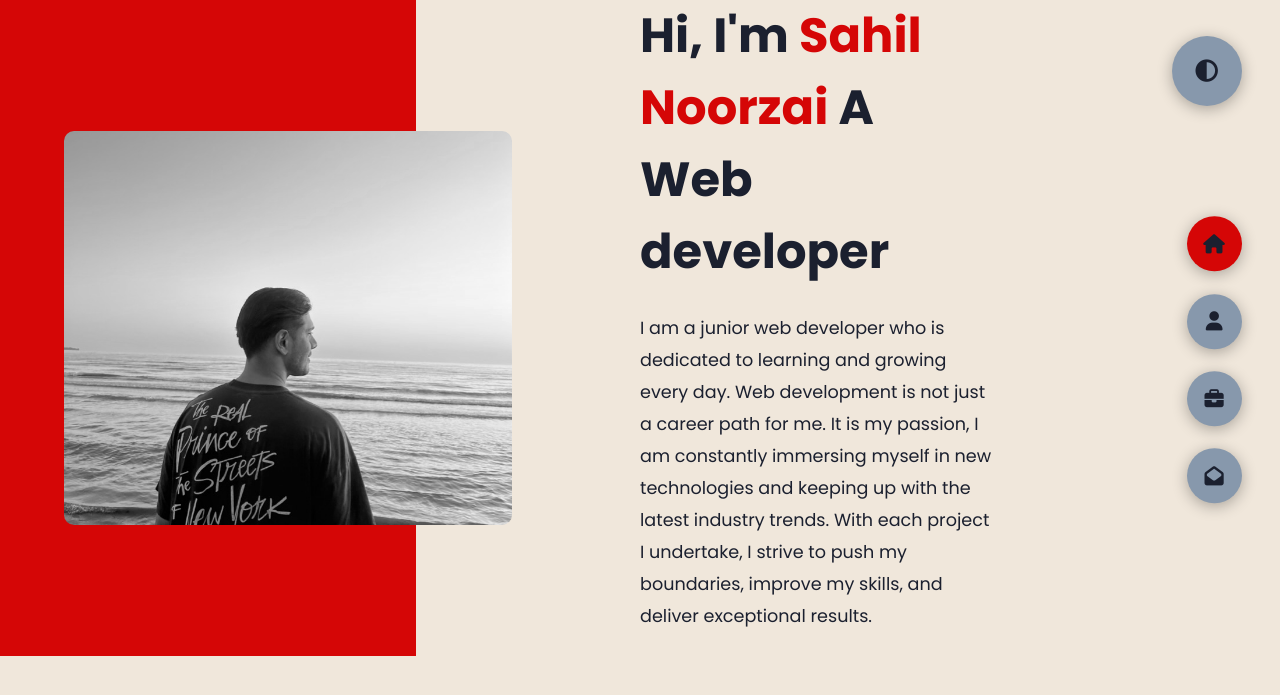
Repository: nftGambler/noorzai-portfolio
Page: index.html
These files come from the project's save history. The page is drawn as it stood at one moment and after the next save; the edit follows.
The browser window is 1280 px wide. The pictures show the whole page.
After loading, the first visible `div.theme-btn` was clicked once.
The style sheet was rebuilt from its Sass, Less or Tailwind sources for each picture, by a compiler version that may differ from the author's.

Above is the page before, as saved 2023-11-23 21:36:52.

After the next save:
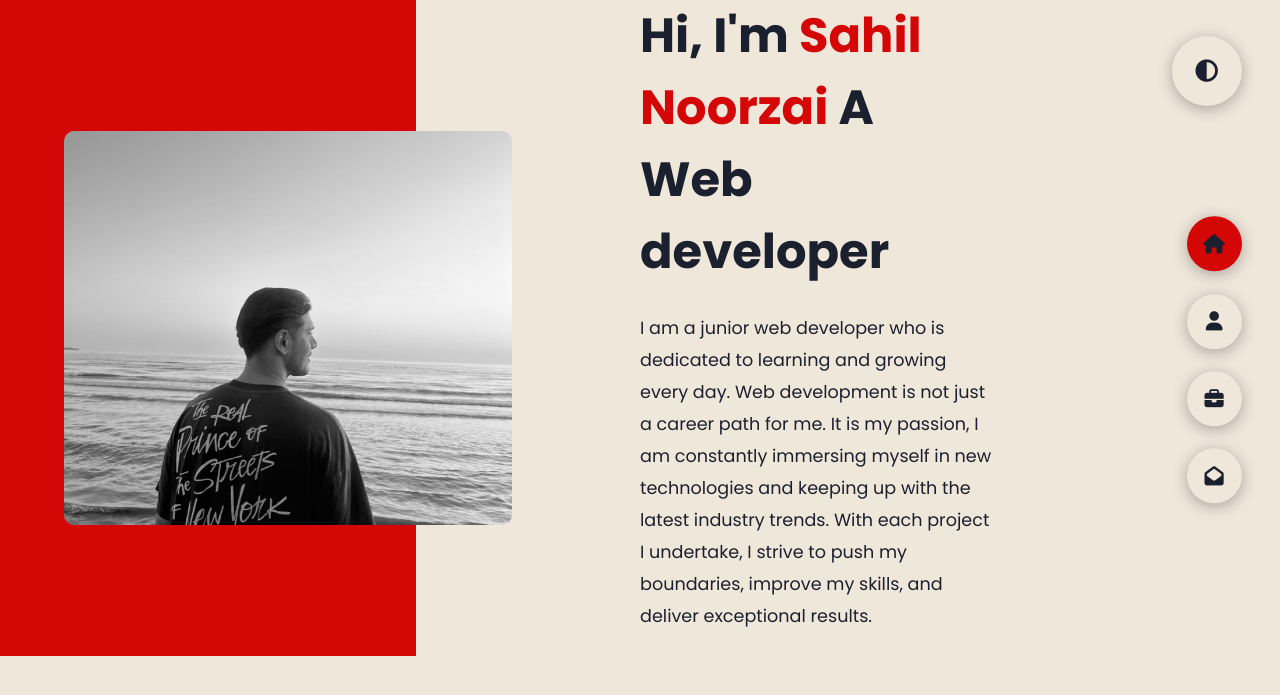
Saved 9 s later.
--- a/style/styles.scss
+++ b/style/styles.scss
@@ -33,7 +33,7 @@
   --color-grey-1:rgb(27,32,47);
   --color-grey-2: rgb(27,32,47);
   --color-grey-3: rgb(27,32,47);
-  --color-grey-4: rgb(135, 152, 172);
+  --color-grey-4: rgb(240,231,219);
   --color-grey-5:  rgb(240,231,219);
   --color-grey-6: #12181b;
 }
